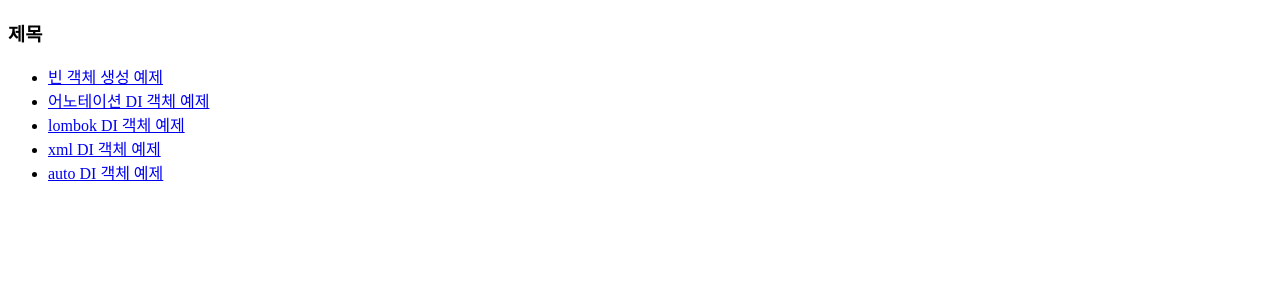
Repository: alstjd426/Spring
Page: http://localhost/Spring/
An editor plug-in stored every save of this project. The page is shown before and after the next save, followed by the edit.
The browser window is 1280 px wide. The pictures show the whole page.
The page is served by Tomcat 9.

Above is the page before, as saved 2025-04-14 06:09:09.

After the next save:
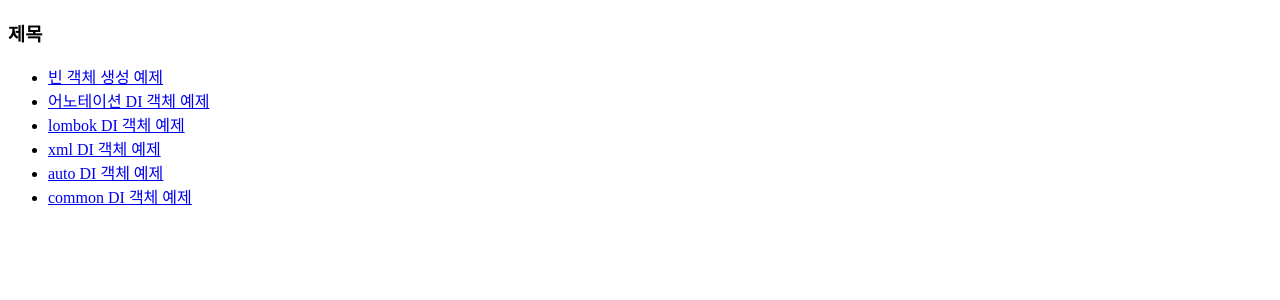
Saved 41 s later.
--- a/Spring/src/main/webapp/index.jsp
+++ b/Spring/src/main/webapp/index.jsp
@@ -14,6 +14,7 @@
 		<li><a href="lombok">lombok DI 객체 예제</a></li>
 		<li><a href="xmlDI">xml DI 객체 예제</a></li>
 		<li><a href="autoDI">auto DI 객체 예제</a></li>
+		<li><a href="commonDI">common DI 객체 예제</a></li>
 	</ul>
 </body>
 </html>
